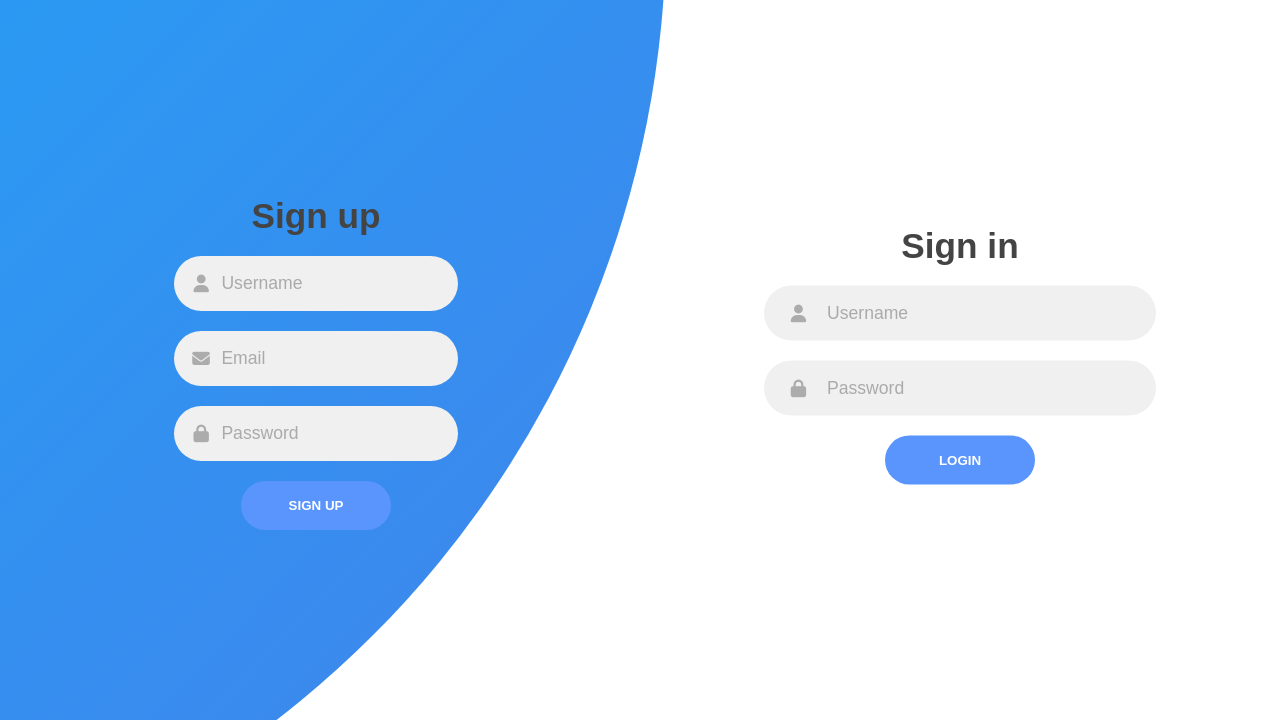
Repository: sarfaraz1611/NitteMovie.github.io
Page: login.html
These files come from the project's save history. The page is drawn as it stood at one moment and after the next save; the edit follows.
The browser window is 1280 px wide. The pictures show the whole page.
Some web libraries are served in a nearby version.

Above is the page before, as saved 2022-07-15 23:38:16.

After the next save:
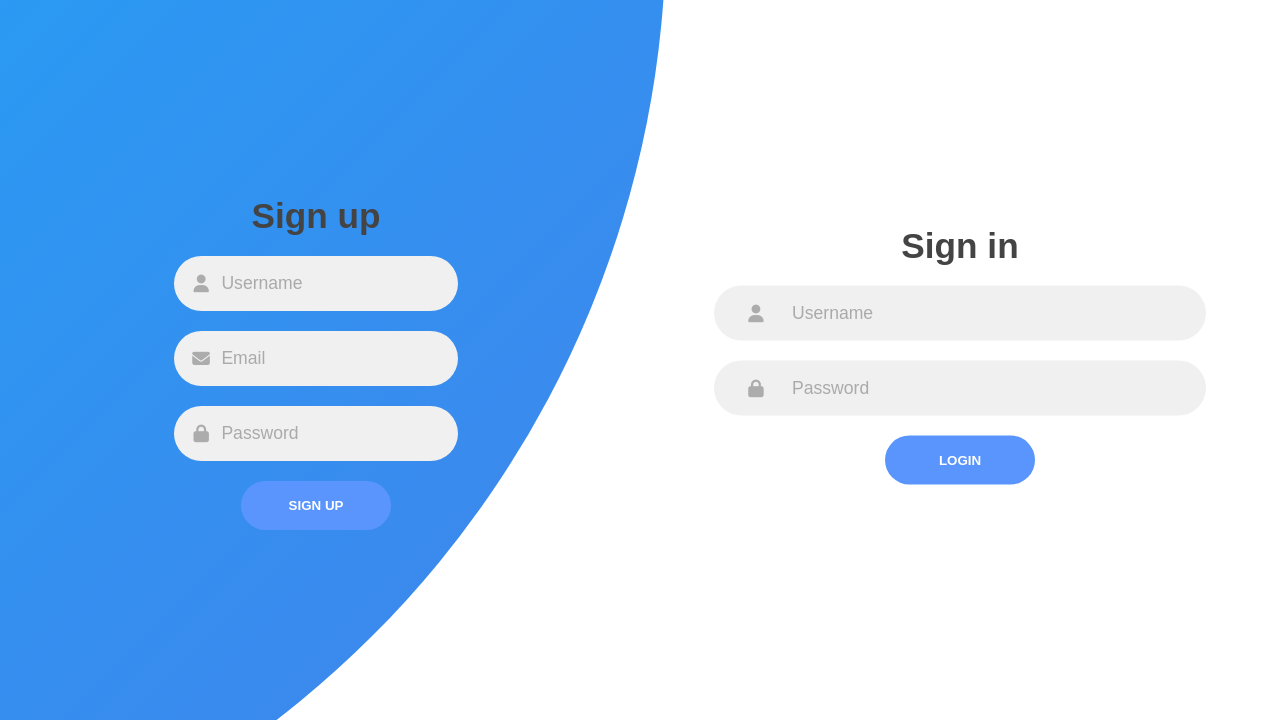
Saved 7 s later.
--- a/assets/css/main.css
+++ b/assets/css/main.css
@@ -328,7 +328,7 @@
 }
 
 .input-field {
-  max-width: 380px;
+  /* max-width: 380px; */
   width: 100%;
   background-color: #f0f0f0;
   margin: 10px 0;
